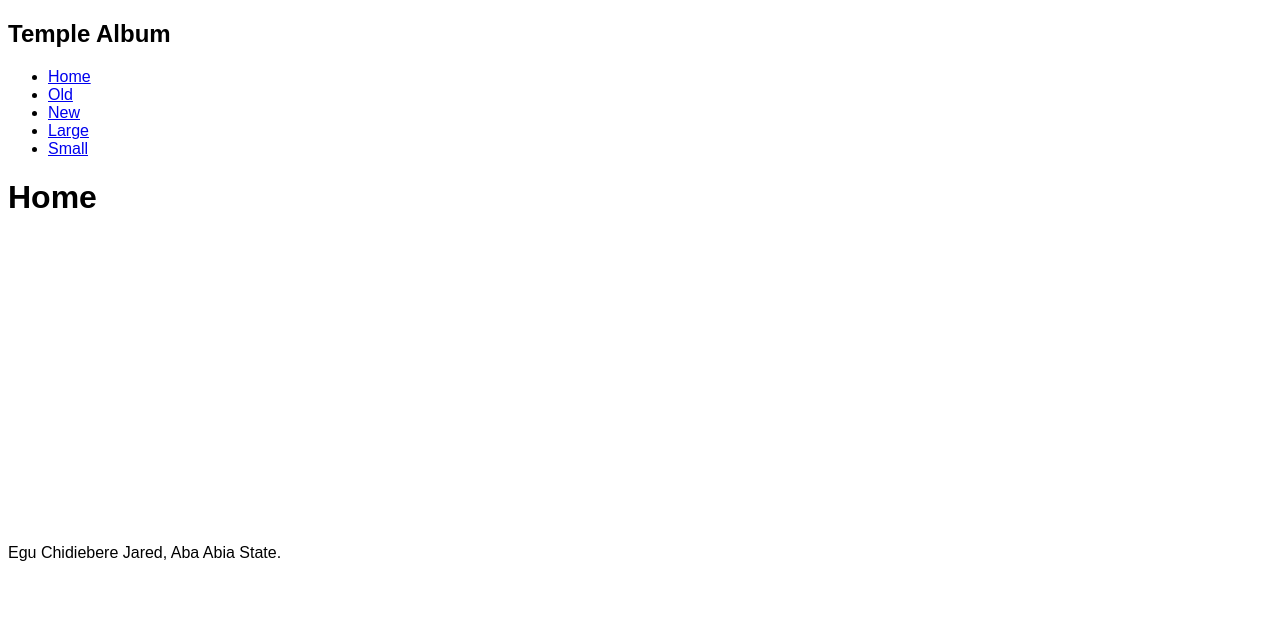
Repository: EguJaredoBoyd/wdd131
Page: temples.html
The author's editor kept a copy of each file at every save. The page is drawn from the files as they stood at one save, then again after the next save.
The browser window is 1280 px wide. The pictures show the whole page.

Above is the page before, as saved 2025-05-13 23:45:46.

After the next save:
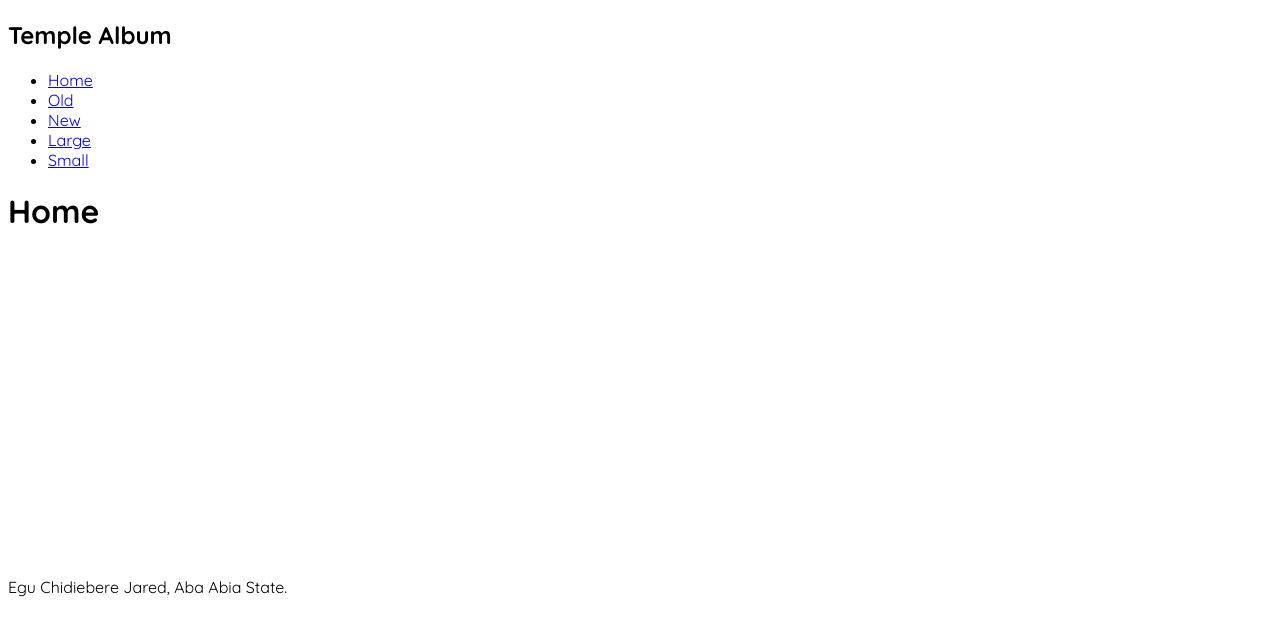
Saved 22 s later.
--- a/styles/temple.css
+++ b/styles/temple.css
@@ -1,3 +1,3 @@
 html{
-    font-family: "Quicksnad", sans-serif;
+    font-family: "Quicksand", sans-serif;
 }
